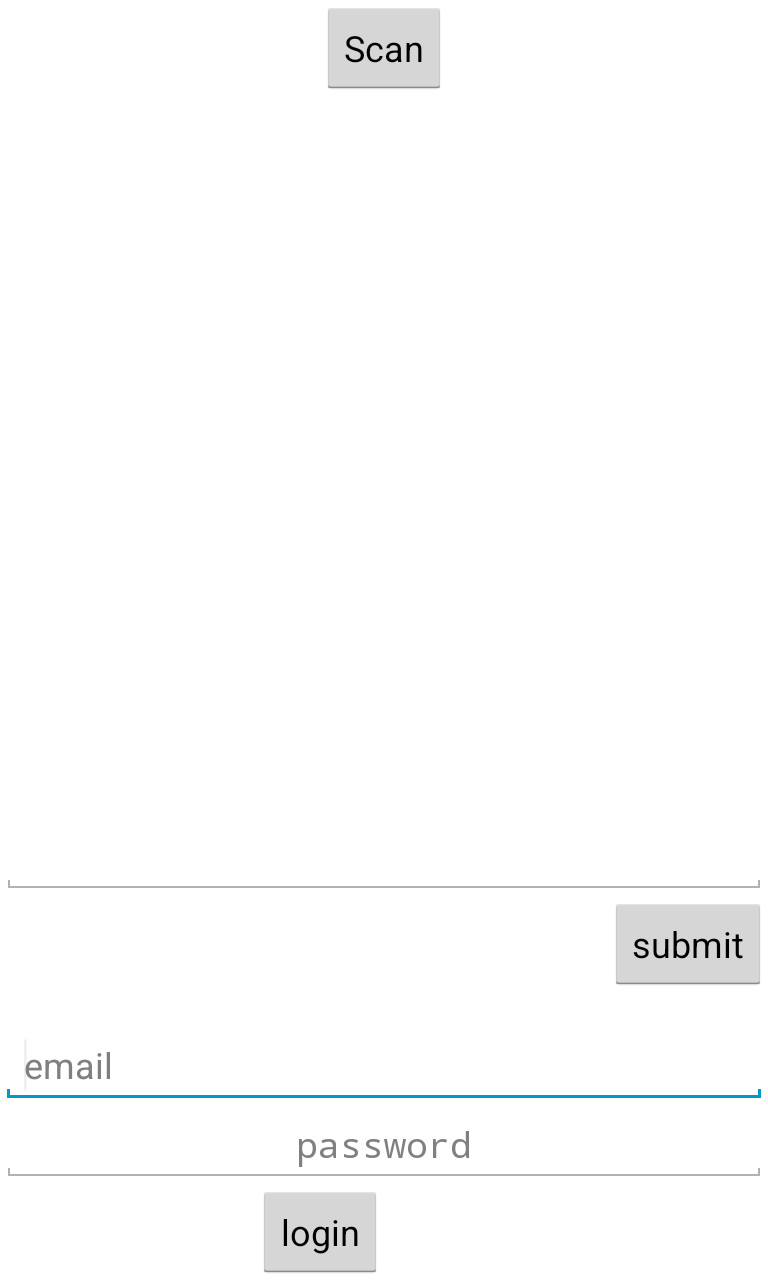
Repository: jessewang129/BarcodeScanner
Layout: nwhack/res/layout/activity_main.xml
The author's editor kept a copy of each file at every save. The layout is drawn from the files as they stood at one save, then again after a run of saves.
It is drawn on a 768 x 1280 px phone screen (xhdpi) without system bars, with theme AppTheme; the app's code is not run.

Above is the layout before, as saved 2015-03-15 13:26:38.

After the next 2 saves:
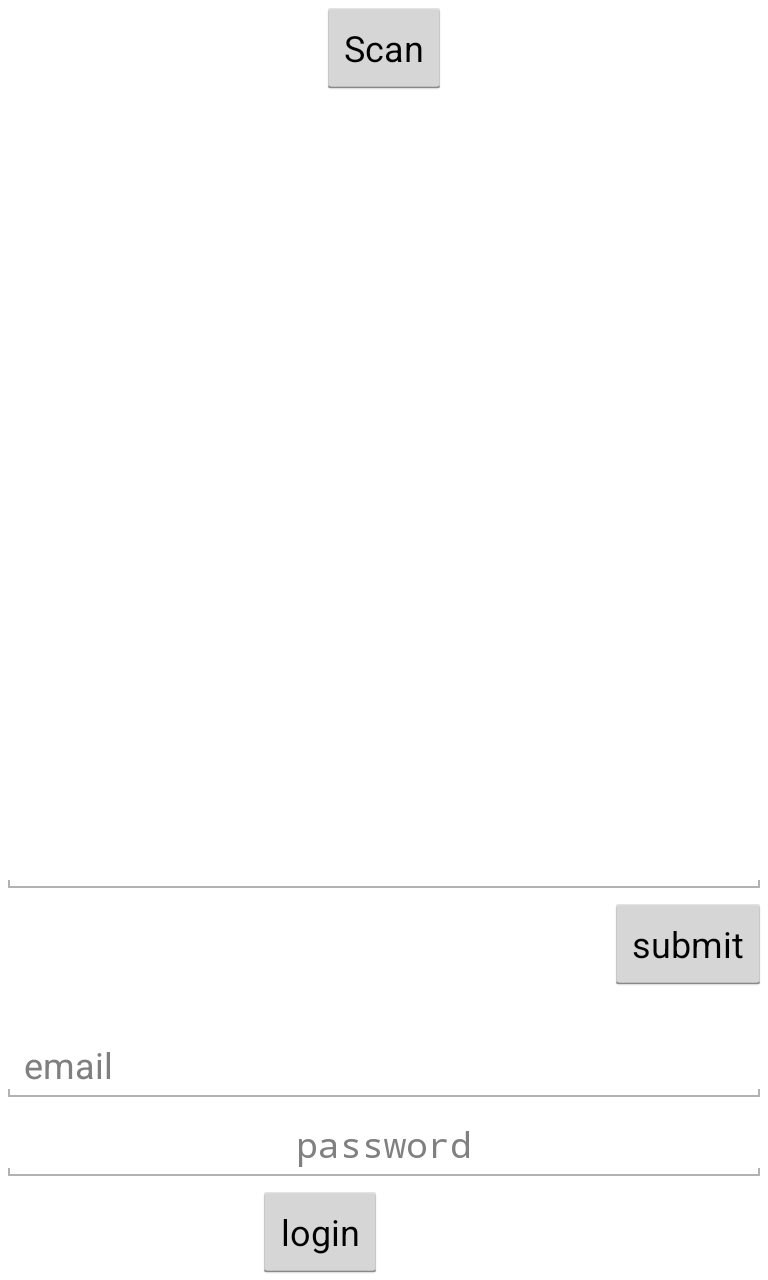
The 2 saves are shown as one change because 1 did not build or start.
The last was saved 40 s later.
--- a/nwhack/res/layout/activity_main.xml
+++ b/nwhack/res/layout/activity_main.xml
@@ -69,10 +69,10 @@
 	    android:ems="10"
 	    android:hint="@string/email"
 	    android:inputType="textEmailAddress"
-	    android:maxLines="1" >
+	    android:maxLines="1" />
 
 	    <requestFocus />
-	</EditText>
+
 
 	<TextView
 	    android:id="@+id/login_result"
